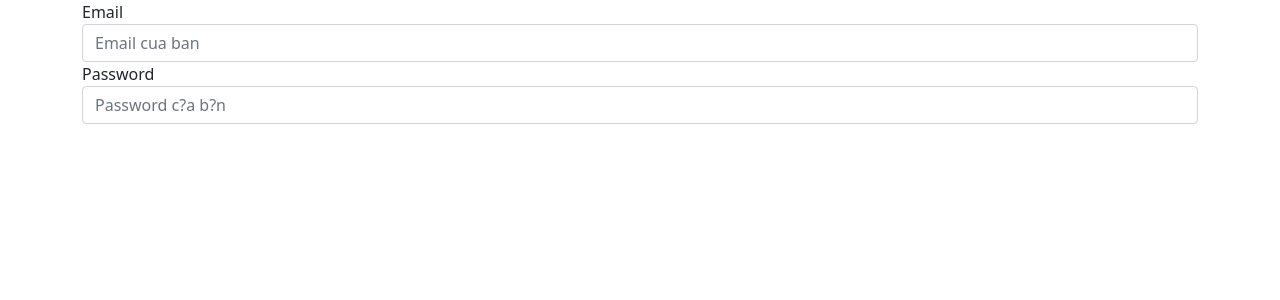
Repository: kiennd3921/AssJava4
Page: http://localhost/Assignment/view/auth/Login.jsp
The author's editor kept a copy of each file at every save. The page is drawn from the files as they stood at one save, then again after the next save.
The browser window is 1280 px wide. The pictures show the whole page.
The page is served by Tomcat 9.

Above is the page before, as saved 2021-04-13 14:39:48.

After the next save:
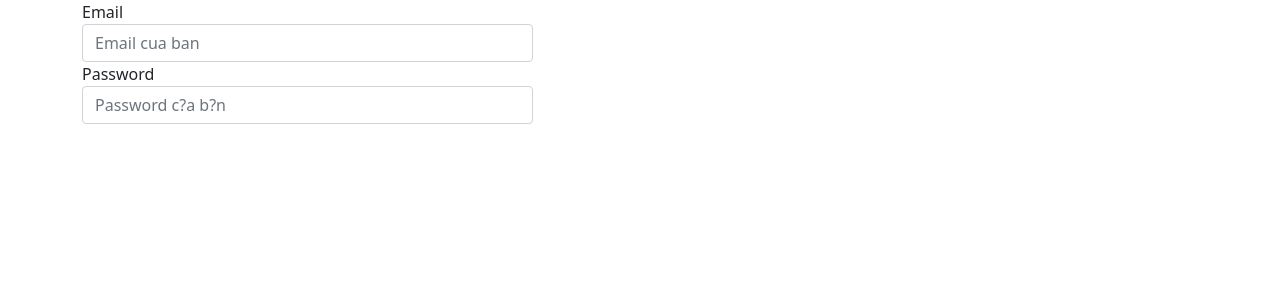
Saved 5 min 47 s later.
--- a/PT15307-UD/Assignment/WebContent/view/auth/Login.jsp
+++ b/PT15307-UD/Assignment/WebContent/view/auth/Login.jsp
@@ -4,6 +4,7 @@
 <html>
 <head>
 <meta charset="UTF-8">
+<meta name="viewport" content="width = device-width, initial-scale=1.0">
 <title>Insert title here</title>
 <%@ taglib uri="http://java.sun.com/jstl/core_rt" prefix="c"%>
 <link rel="stylesheet" type="text/css">
@@ -17,14 +18,20 @@
 <body>
 	<div class="container">
 		<div class="row">
-			<div class="form-group">
-				<label>Email</label> <input type="email" class="form-control"
-					placeholder="Email cua ban" required name="gerqerhq">
+			<div class="col-md-5">
+				<form action="">
+					<div class="form-group">
+						<label>Email</label> <input type="email" class="form-control"
+							placeholder="Email cua ban" required name="gerqerhq">
+					</div>
+					<div class="form-group">
+						<label>Password</label> <input type="password"
+							class="form-control" placeholder="Password của bạn" required
+							name="wtyryqr">
+					</div>
+				</form>
 			</div>
-			<div class="form-group">
-				<label>Password</label> <input type="password" class="form-control"
-					placeholder="Password của bạn" required name="wtyryqr">
-			</div>
+
 		</div>
 
 	</div>
